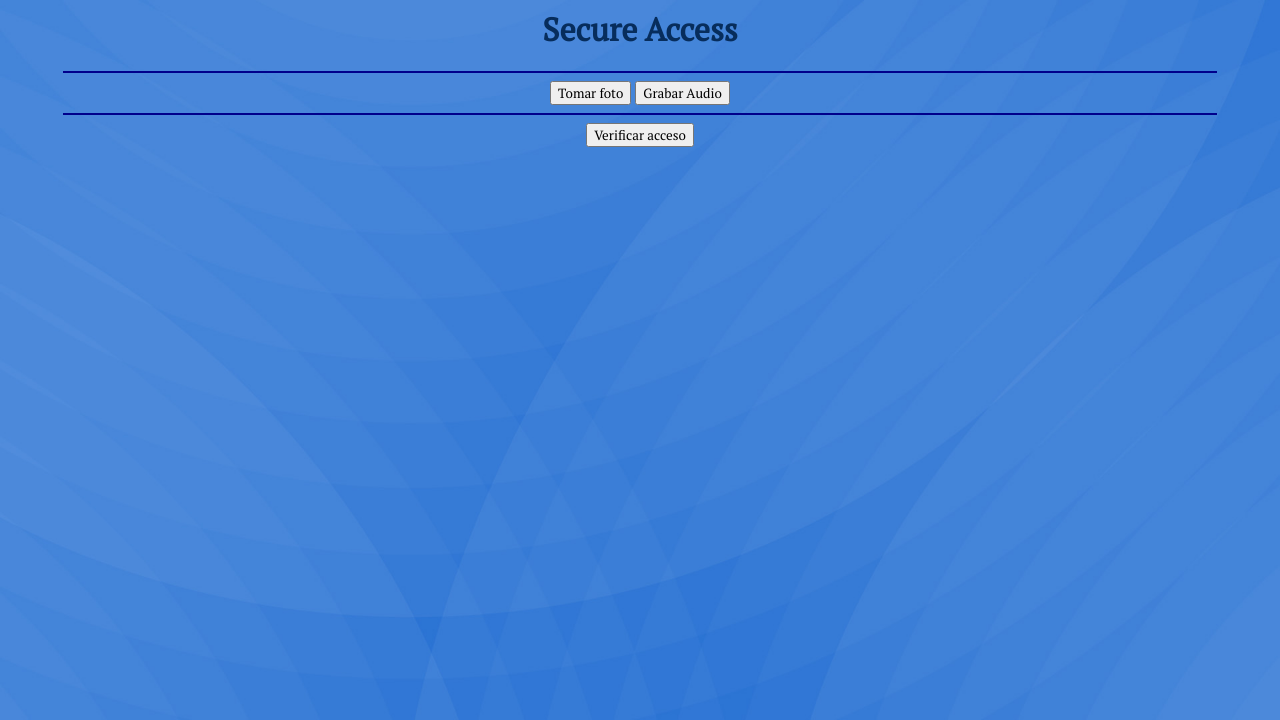
Repository: dabarreiroh/SECURE-ACCESS
Page: accessecure/templates/home/index.html
An editor plug-in stored every save of this project. The page is shown before and after the next save, followed by the edit.
The browser window is 1280 px wide. The pictures show the whole page.

Above is the page before, as saved 2020-03-16 23:22:15.

After the next save:
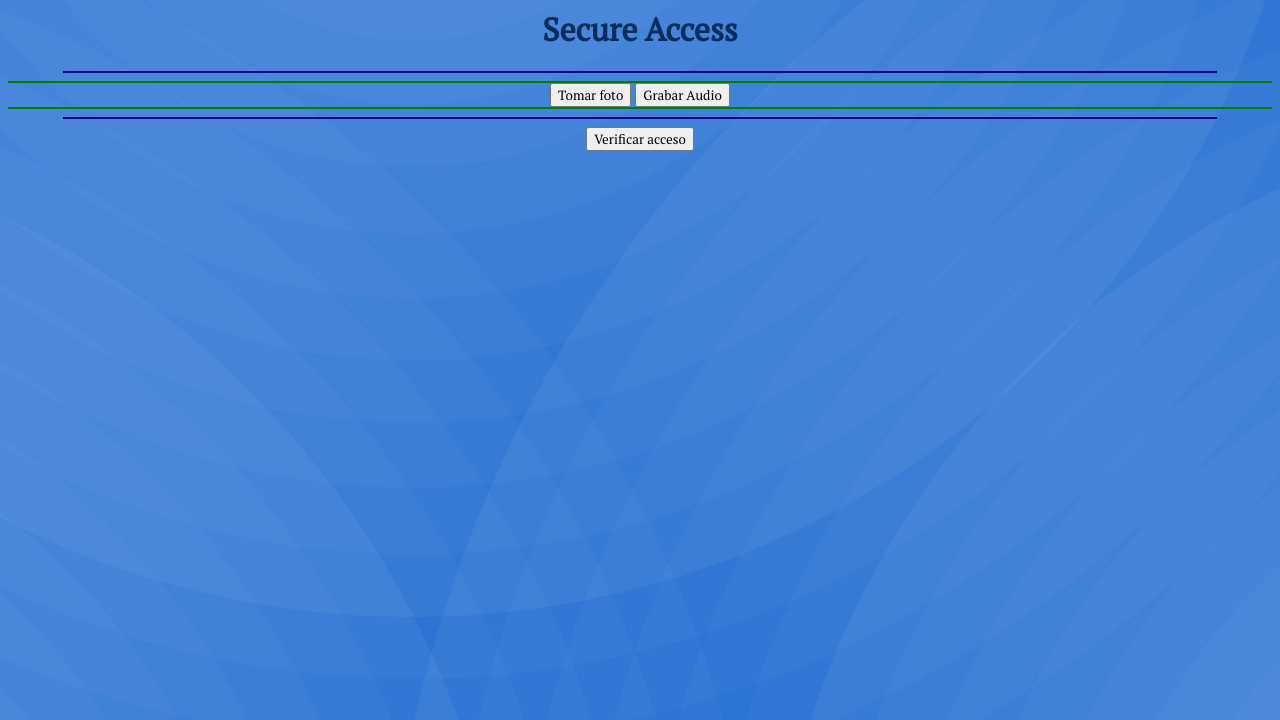
Saved 40 s later.
--- a/accessecure/static/admin/css/index/index.css
+++ b/accessecure/static/admin/css/index/index.css
@@ -17,3 +17,8 @@ hr{
     border: 1px solid darkblue;
     width: 90vw;
 }
+
+.options{
+    border-top: 2px solid green;
+    border-bottom: 2px solid green;
+}
